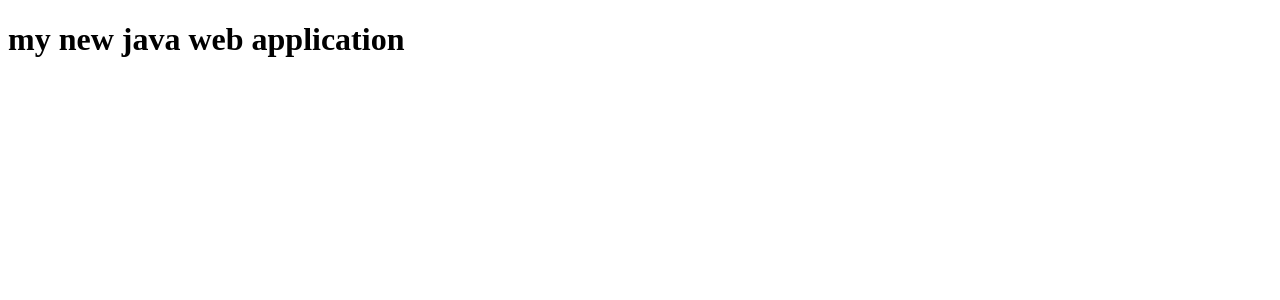
Repository: agamsrm/trainingglobal
Page: GlobalLogicWeb/HelloWorldWeb/src/main/webapp/Index.html
The author's editor kept a copy of each file at every save. The page is drawn from the files as they stood at one save, then again after the next save.
The browser window is 1280 px wide. The pictures show the whole page.

Above is the page before, as saved 2022-07-29 12:16:15.

After the next save:
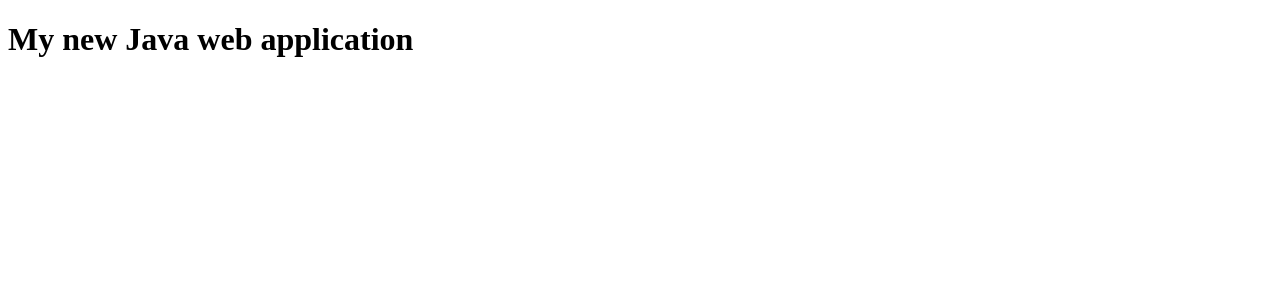
Saved 25 s later.
--- a/GlobalLogicWeb/HelloWorldWeb/src/main/webapp/Index.html
+++ b/GlobalLogicWeb/HelloWorldWeb/src/main/webapp/Index.html
@@ -5,6 +5,6 @@
 <title>Insert title here</title>
 </head>
 <body>
-<h1> my new java web application</h1>
+<h1> My new Java web application</h1>
 </body>
 </html>
